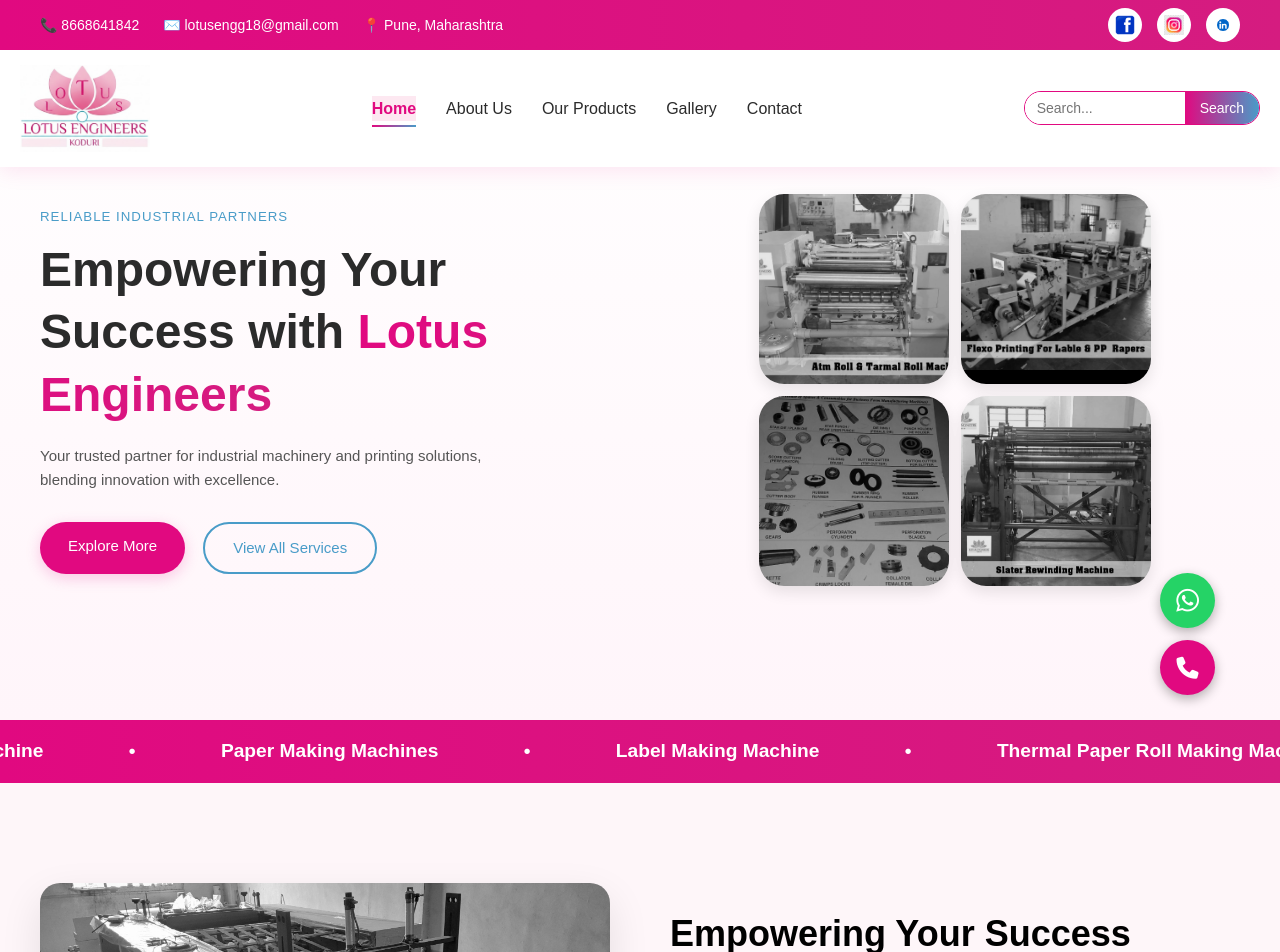
Repository: Khushichugh14/lotus-engineers
Page: index.html
An editor plug-in stored every save of this project. The page is shown before and after the next save, followed by the edit.
The browser window is 1280 px wide. The pictures show the part of the page from y = 0 to 952 px (the page is 4356 px tall).
A picture or video elsewhere on the page could not be fetched, so the positions and the page height are approximate.

Above is the page before, as saved 2025-12-24 13:23:20.

### index.html
<!DOCTYPE html>
<html lang="en">
<head>
  <meta charset="UTF-8" />
  <meta name="viewport" content="width=device-width, initial-scale=1.0" />
  <title>Lotus Engineers</title>
  <link rel="stylesheet" href="style.css" />
  <script src="script.js" defer></script>
  <!-- Font Awesome Icons -->
<link rel="stylesheet" href="navbar.css" />
<script src="navbar.js" defer></script>
  <link rel="stylesheet" href="footer.css" />
  <link
  rel="stylesheet"
  href="https://cdnjs.cloudflare.com/ajax/libs/font-awesome/6.5.1/css/all.min.css"
/>


</head>
<body>




  <!-- ===== Hero Section ===== -->
  <section id="home" class="hero">
    <div class="hero-container">
      <!-- Left Content -->
      <div class="hero-left">
        <h5>Reliable Industrial Partners</h5>
        <h1>Empowering Your Success with <span>Lotus Engineers</span></h1>
        <p>
          Your trusted partner for industrial machinery and printing solutions,
          blending innovation with excellence.
        </p>
        <div class="hero-buttons">
          <a href="#products" class="btn primary">Explore More</a>
          <a href="#about" class="btn secondary">View All Services</a>
        </div>
      </div>

      <!-- Right Image Grid -->
      <div class="hero-right">
        <div class="image-grid">
          <img src="images/atm-1.jpeg.jpg" alt="">
              <img src="images/flexo-label-printing-machine (1).jpg" alt="">
         <img src="images/WhatsApp Image 2025-11-14 at 11.52.01_70df9b95.jpg" alt="">
          <img src="images/slater-.jpeg.jpg" alt="">
        </div>

      </div>
    </div>
  </section>


<section class="product-strip">
  <div class="scrolling-wrapper">
    <div class="scrolling-content">
      <span>Cutting Machine</span>
      <span>•</span>
      <span>Printing Machine</span>
      <span>•</span>
      <span>Paper Making Machines</span>
      <span>•</span>
      <span>Label Making Machine</span>
      <span>•</span>
      <span>Thermal Paper Roll Making Machine</span>
      <span>•</span>
      <span>Flexographic Printing Machine</span>
      <span>•</span>
      <span>Slitter Rewinder Machine</span>
      <span>•</span>
      <span>Die Cutting Machine</span>
      <span>•</span>
      <span>Sheet Cutting Machine</span>
      <span>•</span>
      <span>Packaging Label Machine</span>
      <span>•</span>
      <span>Automatic Labeling Machine</span>
      <span>•</span>
      <span>Paper Cutting Machine</span>
      <span>•</span>
    </div>
  </div>
</section>

  <!-- ===== About Us Section ===== -->
<section id="about" class="about">
  <div class="about-container">
    <!-- LEFT SIDE IMAGES -->
    <div class="about-left">
      <div class="img-top">
        <img src="images/product-jpeg (1).jpg"alt="Team Discussion" />
      </div>
      <div class="img-bottom">
        <img src="images/rotary-die-cutting-machine.jpg" alt="Business Meeting" />
      </div>
    </div>

    <!-- RIGHT SIDE CONTENT -->
    <div class="about-right">
      <h2>Empowering Your Success<br /><span>with Digital Expertise</span></h2>
      <p>
        Established in <strong>2017</strong>, <strong>Lotus Engineers</strong> is a trusted manufacturer and supplier of
        <strong>A4 Size Copier Paper</strong>, <strong>Paper Cutting Machines</strong>, and
        <strong>Thermal Paper Rolls</strong>. Based in Pune, Maharashtra, we focus on
        innovation, quality, and long-term customer partnerships to deliver excellence in
        every product.
      </p>

      <div class="progress-section">
        <div class="progress-item">
          <div class="label">
            <strong>Manufacturing Excellence</strong> <span>85%</span>
          </div>
          <div class="progress-bar">
            <div class="progress" style="width: 85%"></div>
          </div>
        </div>

        <div class="progress-item">
          <div class="label">
            <strong>Innovation & Quality</strong> <span>90%</span>
          </div>
          <div class="progress-bar">
            <div class="progress" style="width: 90%"></div>
          </div>
        </div>

        <div class="progress-item">
          <div class="label">
            <strong>Customer Satisfaction</strong> <span>95%</span>
          </div>
          <div class="progress-bar">
            <div class="progress" style="width: 95%"></div>
          </div>
        </div>
      </div>
      <a href="#about-us" class="btn-about">About Us →</a>
    </div>
  </div>
</section>

  <!-- ===== Why Choose Us Section ===== -->
  <section id="why-us" class="why-choose-us">
    <div class="wcu-container">
      <div class="wcu-left">
        <div class="finix-text">
          <h6>Transparent process</h6>
          <h2>Why people choose us</h2>
          <p>We follow a clear end‑to‑end process: consult, design, manufacture, install, and support. Timelines are shared upfront, quality is documented, and communication stays transparent at every step.</p>
          <div class="wcu-media">
            <img src="https://raw.githubusercontent.com/farazc60/Project-Images/main/why_choose_us.png" alt="Why choose us image">
          </div>
        </div>
      </div>
      <div class="wcu-right">
        <div class="wcu-features">
          <div class="feature-box">
            <div class="feature-box-content">
              <div class="fbc-btn"><span>✓</span></div>
              <h3>Quality Assurance</h3>
              <p>ISO-aligned checks, component testing, and trial runs ensure dependable performance.</p>
            </div>
          </div>
          <div class="feature-box">
            <div class="feature-box-content">
              <div class="fbc-btn"><span>⏱</span></div>
              <h3>On-time Delivery</h3>
              <p>Committed schedules backed by planned production and reliable logistics.</p>
            </div>
          </div>
          <div class="feature-box">
            <div class="feature-box-content">
              <div class="fbc-btn"><span>🛠</span></div>
              <h3>PAN‑India Service</h3>
              <p>Installation, training, and responsive after‑sales support across India.</p>
            </div>
          </div>
          <div class="feature-box active-feature">
            <div class="feature-box-content">
              <div class="fbc-btn"><span>₹</span></div>
              <h3>Transparent Pricing</h3>
              <p>Fair quotations with no hidden costs and clear total‑cost ownership.</p>
            </div>
          </div>
        </div>
      </div>
    </div>
  </section>

  <!-- ===== Products Section ===== -->
  <section id="products" class="products">
    <div class="products-head">
      <h2>Our Products</h2>
      <p>Precision-built machinery for modern manufacturing.</p>
    </div>
    <div class="product-grid premium">
      <div class="product-card glass">
        <div class="pc-img">
          <img src="images/rotary-die-cutting-machine.jpg" alt="Rotary Die Cutting Machine" />
          <span class="pc-tag">Cutting</span>
        </div>
        <div class="pc-body">
          <h3>Rotary Die Cutting</h3>
          <p>High precision, robust build, efficient throughput.</p>
        </div>
      </div>
      <div class="product-card glass">
        <div class="pc-img">
          <img src="images/paper-cutting-machine.jpeg.jpg" alt="Paper Sheet Cutting Machine" />
          <span class="pc-tag">Cutting</span>
        </div>
        <div class="pc-body">
          <h3>Paper Sheet Cutting</h3>
          <p>Reliable, fast, and safety compliant for industry.</p>
        </div>
      </div>
      <div class="product-card glass">
        <div class="pc-img">
          <img src="images/paper-slitting-machine-250x250.webp" alt="Paper Slitting Machine" />
          <span class="pc-tag">Slitting</span>
        </div>
        <div class="pc-body">
          <h3>Paper Slitting</h3>
          <p>Precision slitting with low maintenance design.</p>
        </div>
      </div>
      <div class="product-card glass">
        <div class="pc-img">
          <img src="images/flexo-label-printing-machine.jpg" alt="Flexographic Printing Machine" />
          <span class="pc-tag">Printing</span>
        </div>
        <div class="pc-body">
          <h3>Flexographic Printing</h3>
          <p>High-speed printing with consistent quality output.</p>
        </div>
      </div>
    </div>
    <div class="products-foot">
      <a href="products.html" class="btn primary">View All Products</a>
    </div>


  </section>








  <!-- ===== Testimonials Section ===== -->
  <section id="testimonials" class="testimonials">
    <h2>What Our Clients Say</h2>

    <div class="testimonial-box">

      <!-- Testimonial 1 -->
      <div class="info t1">
        <p>"Lotus Engineers provided excellent quality and timely service. Highly recommended!
          Lotus Engineers provided excellent quality and timely service. Highly recommended! "</p>
        <h4>— Ramesh Industries</h4>
        <div class="bottom-line"></div>
      </div>

      <!-- Testimonial 2 -->
      <div class="info t2">
        <p>"Their machines are durable and efficient. We’ve been long-term customers."</p>
        <h4>— Global Print Solutions</h4>
        <div class="bottom-line"></div>
      </div>

      <!-- Testimonial 3 -->
      <div class="info t3">
        <p>"Exceptional customer service and reliable machinery!"</p>
        <h4>— Sai Packaging Pvt. Ltd.</h4>
        <div class="bottom-line"></div>
      </div>

    </div>
  </section>




  <!-- Footer removed. Loaded dynamically from footer.html via navbar.js -->

<!-- ==========================
     Floating WhatsApp & Call Buttons
========================== -->
<section id="floating-buttons" style="
  position: fixed;
  bottom: 25px;
  right: 25px;
  display: flex;
  flex-direction: column;
  gap: 12px;
  z-index: 9999;
">

  <!-- WhatsApp -->
  <a href="https://wa.me/7720060073" target="_blank"
     style="
      background:#25D366;
      width:55px;
      height:55px;
      border-radius:50%;
      display:flex;
      align-items:center;
      justify-content:center;
      box-shadow:0 4px 12px rgba(0,0,0,.3);
      color:white;
      font-size:26px;
     "
     title="Chat on WhatsApp">
    <i class="fa-brands fa-whatsapp"></i>
  </a>

  <!-- Call -->
  <a href="tel:9850110532"
     style="
      background:#e10980;
      width:55px;
      height:55px;
      border-radius:50%;
      display:flex;
      align-items:center;
      justify-content:center;
      box-shadow:0 4px 12px rgba(0,0,0,.3);
      color:white;
      font-size:22px;
     "
     title="Call Now">
    <i class="fa-solid fa-phone"></i>
  </a>

</section>



</body>
</html>

### navbar.css
/* ========================== TOP BAR ========================== */
.top-bar {
  background: linear-gradient(90deg, #e10980, #d51c80);
  color: #fff;
  display: flex;
  justify-content: space-between;
  align-items: center;
  padding: 8px 40px;
  font-size: 14px;
}

.contact-info span {
  margin-right: 20px;
  display: inline-flex;
  align-items: center;
}

/* ========================== SOCIAL ICONS ========================== */
.social-icons {
  display: flex;
  align-items: center;
  gap: 15px;
}

.social-icons a {
  display: inline-flex;
  align-items: center;
  justify-content: center;
  width: 34px;
  height: 34px;
  border-radius: 50%;
  background: #fff;
  overflow: hidden;
  transition: transform 0.3s ease, box-shadow 0.3s ease;
}

.social-icons a:hover {
  transform: translateY(-3px);
  box-shadow: 0 4px 10px rgba(225, 9, 128, 0.3);
}

.social-icons img {
  width: 20px;
  height: 20px;
  object-fit: contain;
  transition: transform 0.3s ease;
}
.social-icons a:hover img { transform: scale(1.08); }


/* ========================== NAVBAR ========================== */
.navbar {
  position: fixed;
  top: 0;
  width: 100%;
  background: rgba(255, 255, 255, 0.95);
  backdrop-filter: blur(10px);
  z-index: 999;
  box-shadow: 0 4px 20px rgba(225, 9, 128, 0.1);
  transition: all 0.3s ease;
}

.nav-container {
  display: flex;
  align-items: center;
  justify-content: space-between;
  padding: 15px 20px;
  max-width: 1300px;
  margin: auto;
}

.logo img {
  width: 130px;
  transition: transform 0.3s ease;
}

.logo img:hover {
  transform: scale(1.05);
}

.nav-links {
  display: flex;
  gap: 30px;
  align-items: center;
}

.nav-links a {
  color: #2b2b2b;
  font-weight: 500;
  position: relative;
  transition: color 0.3s ease;
  text-decoration: none;
}

.nav-links a::after {
  content: "";
  position: absolute;
  bottom: -6px;
  left: 0;
  width: 0%;
  height: 2px;
  background: linear-gradient(90deg, #e10980, #499cc8);
  transition: width 0.3s ease;
}

.nav-links a:hover::after,
.nav-links a.active::after {
  width: 100%;
}



.nav-links a:hover,
.nav-links a.active {
  color: #e10980;
}

/* ====== Search Box ====== */
.search-box {
  display: flex;
  align-items: center;
  border: 1.5px solid #e10980;
  border-radius: 25px;
  overflow: hidden;
  transition: 0.3s ease;
}

.search-box input {
  padding: 8px 12px;
  border: none;
  outline: none;
  font-size: 14px;
  width: 160px;
  transition: width .25s ease;
}

.search-box:focus-within input {
  width: 320px;
}

.search-box button {
  background: linear-gradient(90deg, #e10980, #499cc8);
  color: #fff;
  border: none;
  padding: 8px 15px;
  font-size: 14px;
  cursor: pointer;
  transition: opacity 0.3s ease;
}

.search-box button:hover {
  opacity: 0.85;
}

/* ====== Mobile Menu ====== */
.menu-toggle {
  display: none;
  color: #e10980;
  font-size: 26px;
  cursor: pointer;
}

/* ====== Mobile Dropdown Menu (NO OUTER BLOCK) ====== */
@media (max-width: 1024px) {

  .menu-toggle {
    display: block;
  }

  .search-box {
    display: none;
  }

  /* Dropdown container (no background, no card) */
  .nav-links {
    display: none;
    flex-direction: column;
    position: fixed;
    top: 120px;
    left: 50%;
    transform: translateX(-50%);
    width: 90%;
    max-width: 360px;
    padding: 0;                /* 🔴 no outer padding */
    background: transparent;  /* 🔴 remove outer block */
    box-shadow: none;         /* 🔴 remove outer shadow */
    gap: 14px;
    z-index: 1000;
  }

  .nav-links.active {
    display: flex;
  }

  /* Individual menu items only */
  .nav-links a {
    display: flex;
  align-items: center;

  width: 100%;
  padding: 20px 22px;

  background: #ffffff;
  border-radius: 22px;

  font-size: 17px;
  font-weight: 500;
  color: #2b2b2b;
  text-decoration: none;

  box-shadow: 0 10px 24px rgba(0, 0, 0, 0.08);
  transition: all 0.25s ease;
  }

  .nav-links a:hover {
    background: #f7f7f7;
  transform: translateY(-1px);
  }

  .nav-links a.active {
    background: #fde8f1;
  color: #e10980;
  font-weight: 600;
  }

  /* Remove desktop underline animation */
  .nav-links a::after {
    display: none;
  }
}
/* ================= TABLET SIDEBAR WIDTH ================= */

/* 📱 Mobile phones */
@media (max-width: 767px) {
  .nav-links {
    width: 85%;
    max-width: none;
  }
}

/* 📲 Tablets */
@media (min-width: 768px) and (max-width: 1024px) {
  .nav-links {
    width: 360px;
    max-width: 360px;
  }
}
/* ================= FORCE CONSISTENT ACTIVE STYLE ================= */

.nav-links a {
  background: #ffffff;
  color: #2b2b2b;
}

/* remove browser defaults */
.nav-links a:visited,
.nav-links a:focus,
.nav-links a:active {
  background: #ffffff;
  color: #2b2b2b;
  outline: none;
}

/* ONLY active link should look pink */
.nav-links a.active {
  background: #fde8f1 !important;
  color: #e10980 !important;
  font-weight: 600;
}

### footer.css
/* ========================== FOOTER REDESIGN ========================== */
.footer {
  background: linear-gradient(135deg, #c7d2fe 0%, #fbcfe8 100%);
  padding: 80px 20px 40px;
  font-family: "Poppins", sans-serif;
  color: #333;
  position: relative;
  overflow: hidden;
}

.footer-container {
  max-width: 1200px;
  margin: 0 auto;
  display: grid;
  grid-template-columns: repeat(3, 1fr);
  gap: 30px;
  background: rgba(255, 255, 255, 0.4);
  backdrop-filter: blur(15px);
  padding: 40px;
  border-radius: 40px;
  border: 1px solid rgba(255, 255, 255, 0.6);
  box-shadow: 0 15px 35px rgba(0, 0, 0, 0.05);
  position: relative;
  z-index: 2;
}

/* Footer Cards */
.footer-card {
  background: #ffffff;
  padding: 30px;
  border-radius: 25px;
  box-shadow: 0 8px 20px rgba(0, 0, 0, 0.04);
  display: flex;
  flex-direction: column;
}

/* About Card */
.footer-logo-container {
  margin-bottom: 20px;
}

.footer-logo-container img {
  max-height: 60px;
  border-radius: 8px;
}

.footer-about p {
  font-size: 14px;
  line-height: 1.6;
  color: #555;
  margin-bottom: 20px;
}

.footer-social {
  display: flex;
  gap: 12px;
  margin-top: auto;
}

.footer-social a {
  width: 40px;
  height: 40px;
  background: #e10980;
  color: #fff;
  border-radius: 50%;
  display: flex;
  align-items: center;
  justify-content: center;
  font-size: 16px;
  transition: transform 0.3s ease, background 0.3s ease;
  text-decoration: none;
}

.footer-social a:hover {
  transform: translateY(-3px);
  background: #c1076d;
}

/* Quick Links Card */
.footer-links h4 {
  color: #e10980;
  font-size: 18px;
  font-weight: 700;
  margin-bottom: 20px;
  position: relative;
}

.footer-links ul {
  list-style: none;
  padding: 0;
}

.footer-links li {
  margin-bottom: 12px;
}

.footer-links a {
  color: #555;
  text-decoration: none;
  font-size: 15px;
  transition: color 0.3s ease;
}

.footer-links a:hover {
  color: #e10980;
}

/* Contact Card */
.footer-contact h4 {
  color: #e10980;
  font-size: 18px;
  font-weight: 700;
  margin-bottom: 20px;
}

.footer-contact p {
  font-size: 14px;
  line-height: 1.6;
  color: #555;
  margin-bottom: 15px;
}

.footer-contact a {
  color: #0ea5e9;
  text-decoration: none;
}

.footer-contact a:hover {
  text-decoration: underline;
}

/* Footer Bottom */
.footer-bottom {
  text-align: center;
  margin-top: 50px;
  padding-top: 20px;
  border-top: 1px solid rgba(225, 9, 128, 0.2);
  font-size: 13px;
  color: #555;
}

.footer-bottom .dev-name {
  color: #e10980;
  font-weight: 600;
}

/* Responsive */
@media (max-width: 1024px) {
  .footer-container {
    grid-template-columns: repeat(2, 1fr);
  }
}

@media (max-width: 768px) {
  .footer {
    padding: 60px 15px 30px;
  }
  .footer-container {
    grid-template-columns: 1fr;
    padding: 25px;
    border-radius: 30px;
    gap: 20px;
  }
  .footer-card {
    padding: 20px;
  }
}

/* ==========================
   RESPONSIVE – FOOTER
========================== */

@media (max-width: 1024px) {
  .footer-container {
    grid-template-columns: repeat(2, 1fr);
  }
}

@media (max-width: 768px) {
  .footer-container {
    grid-template-columns: 1fr;
    text-align: center;
  }

  .footer-social {
    justify-content: center;
  }
}

### navbar.html
<!-- ===================== NAVBAR COMPONENT ===================== -->
<header class="navbar">
  <!-- ===== Top Bar ===== -->
   <div class="mobile-backdrop">
    <div class="top-bar">
    <div class="contact-info">
      <span>📞 8668641842</span>
      <span>✉️ lotusengg18@gmail.com</span>
      <span>📍 Pune, Maharashtra</span>
    </div>

    <div class="social-icons">
      <a href="https://www.facebook.com/" target="_blank">
        <img src="images/facebook.png" alt="Facebook" />
      </a>
      <a href="https://www.instagram.com/" target="_blank">
        <img src="images/insta.avif" alt="Instagram" />
      </a>
      <a href="https://www.linkedin.com/" target="_blank">
        <img src="images/linkedin.webp" alt="LinkedIn" />
      </a>
    </div>
  </div>

  <!-- ===== Main Navbar ===== -->
  <div class="nav-container">
    <div class="logo">
      <img src="icons/logo.jpg" alt="Lotus Engineers Logo" />
    </div>

    <nav class="nav-links hidden" id="nav-links">
      <a href="index.html" >Home</a>
      <a href="about.html" >About Us</a>
      <a href="products.html" >Our Products</a>
      <a href="gallery.html" >Gallery</a>
      <a href="contact.html" >Contact</a>
    </nav>

    <div class="search-box">
      <input type="text" placeholder="Search..." />
      <button>Search</button>
    </div>

    <div class="menu-toggle" id="menu-toggle">&#9776;</div>
  </div>
   </div>

</header>

### footer.html
<!-- footer.html -->
<footer class="footer">
  <div class="footer-container">
    <!-- About Card -->
    <div class="footer-card footer-about">
      <div class="footer-logo-container">
        <img src="icons/logo.jpg" alt="Lotus Engineers Logo" />
      </div>
      <p>
        <strong>Lotus Engineers</strong> — Manufacturer and Supplier of high-quality
        cutting and printing machinery, based in Pune, Maharashtra.
      </p>
      <div class="footer-social">
        <a href="#" target="_blank"><i class="fa-brands fa-facebook-f"></i></a>
        <a href="#" target="_blank"><i class="fa-brands fa-instagram"></i></a>
        <a href="#" target="_blank"><i class="fa-brands fa-linkedin-in"></i></a>
      </div>
    </div>

    <!-- Links Card -->
    <div class="footer-card footer-links">
      <h4>Quick Links</h4>
      <ul>
        <li><a href="#home">Home</a></li>
        <li><a href="#about">About</a></li>
        <li><a href="#products">Products</a></li>
        <li><a href="#contact">Contact</a></li>
      </ul>
    </div>

    <!-- Contact Card -->
    <div class="footer-card footer-contact">
      <h4>Contact Us</h4>
      <div class="contact-info">
        <p>Lotus Engineers Survey No. 30/27, Milkat No. 5/558, Dambar Plant Road, Dhayri Pune - 411041, Maharashtra, India</p>
        <p><strong>Call:</strong><br />
          <a href="tel:8688005711">8688005711</a><br />
          <a href="tel:9823386085">9823386085</a>
        </p>
        <p><strong>Email:</strong> <a href="mailto:info@lotusengineers.in">info@lotusengineers.in</a></p>
      </div>
    </div>
  </div>

  <div class="footer-bottom">
    <p>Developed by <span class="dev-name">DWI</span> © 2025 <strong>Lotus Engineers</strong>. All Rights Reserved.</p>
  </div>
</footer>

Loaded but not shown: navbar.js (63 lines, source omitted); script.js (26 lines, source omitted); style.css (1038 lines, source omitted)

After the next save:
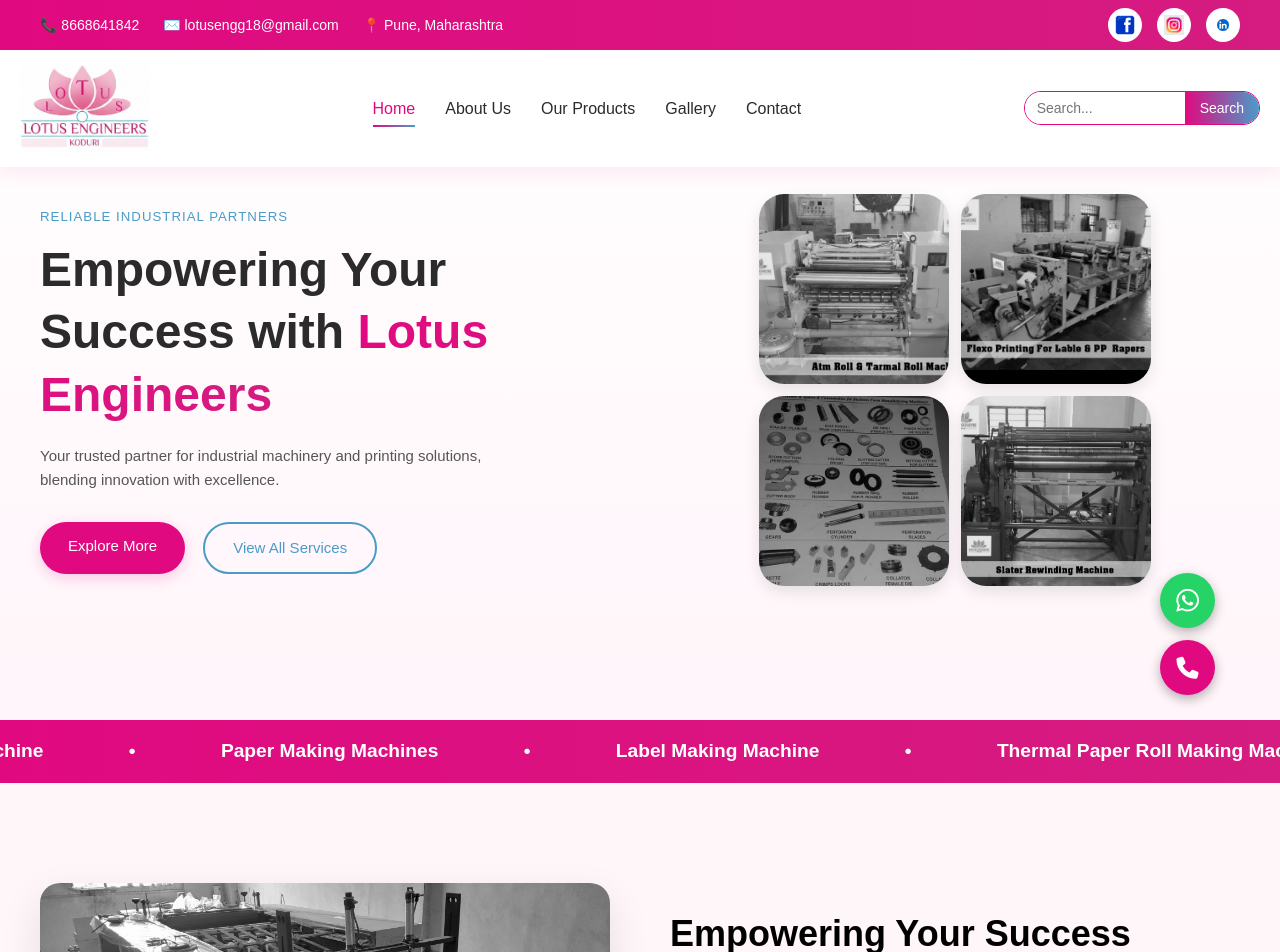
Saved 107 s later.
--- a/navbar.css
+++ b/navbar.css
@@ -245,25 +245,3 @@
     max-width: 360px;
   }
 }
-/* ================= FORCE CONSISTENT ACTIVE STYLE ================= */
-
-.nav-links a {
-  background: #ffffff;
-  color: #2b2b2b;
-}
-
-/* remove browser defaults */
-.nav-links a:visited,
-.nav-links a:focus,
-.nav-links a:active {
-  background: #ffffff;
-  color: #2b2b2b;
-  outline: none;
-}
-
-/* ONLY active link should look pink */
-.nav-links a.active {
-  background: #fde8f1 !important;
-  color: #e10980 !important;
-  font-weight: 600;
-}
